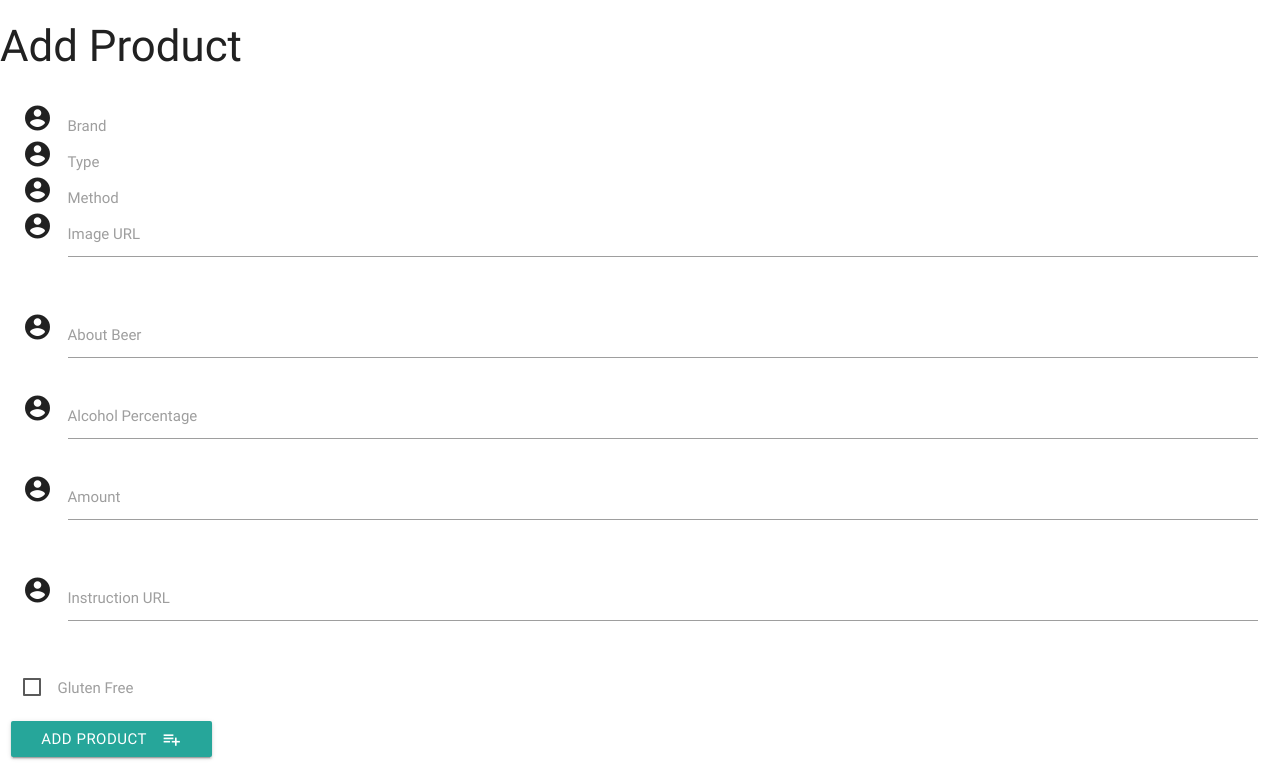
Repository: Leon2ev/lazy-brew
Page: http://localhost/add_product
The author's editor kept a record of every edit. The page is drawn from the files as they stood at one moment, then again after the next edit.
The browser window is 1280 px wide. The pictures show the whole page.
Some web libraries are served in a nearby version. The page is served by the project's application, run on Flask 3 (app.py). Queries for data that is not in the repository find no rows.

Above is the page before.

After the next edit:
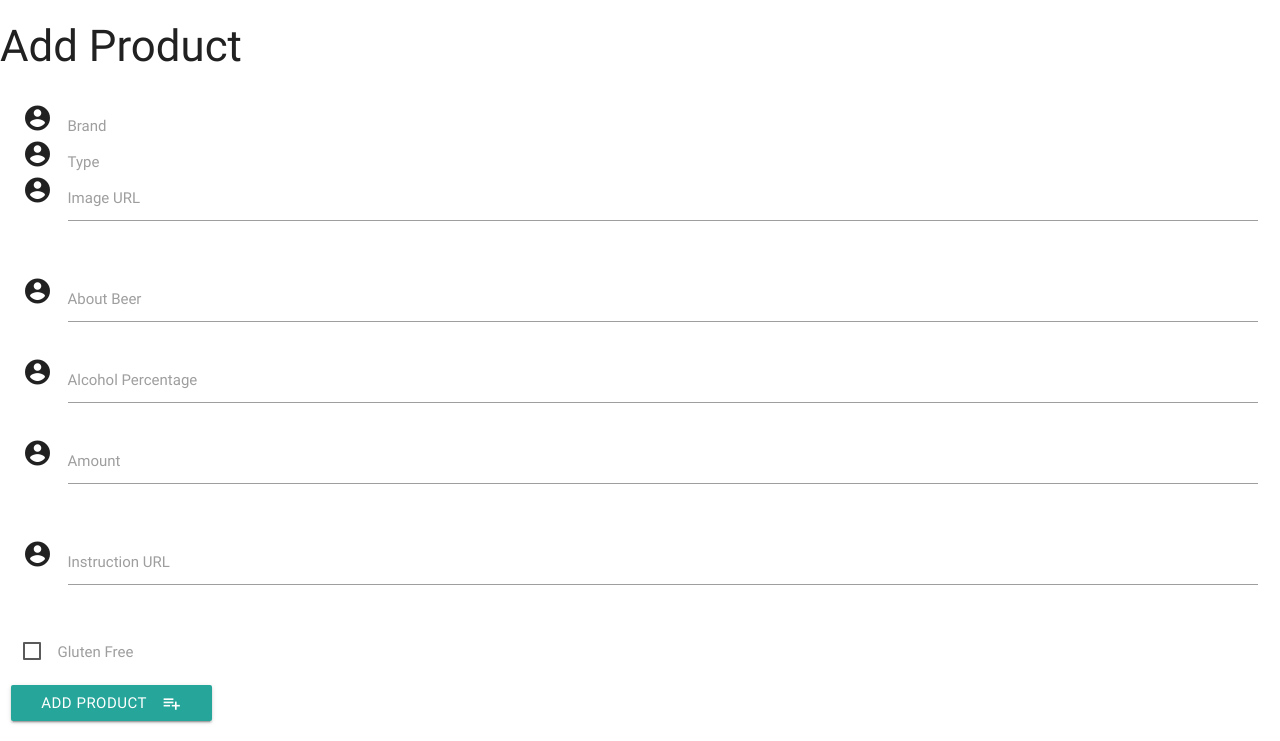
The edit:
--- a/templates/addproduct.html
+++ b/templates/addproduct.html
@@ -25,18 +25,6 @@
                             {% endfor %}
                         </select>
                         <label>Type</label>
-                    </div>
-                </div>
-                <div class="row">
-                    <div class="input-field col s12">
-                        <i class="material-icons prefix">account_circle</i>
-                        <select id="method_name" name="method_name">
-                            <option value="" disabled selected>Choose Method</option>
-                            {% for method in methods %}
-                                <option value="{{method.name}}">{{method.name}}</option>
-                            {% endfor %}
-                        </select>
-                        <label>Method</label>
                     </div>
                 </div>
                 <div class="row">
